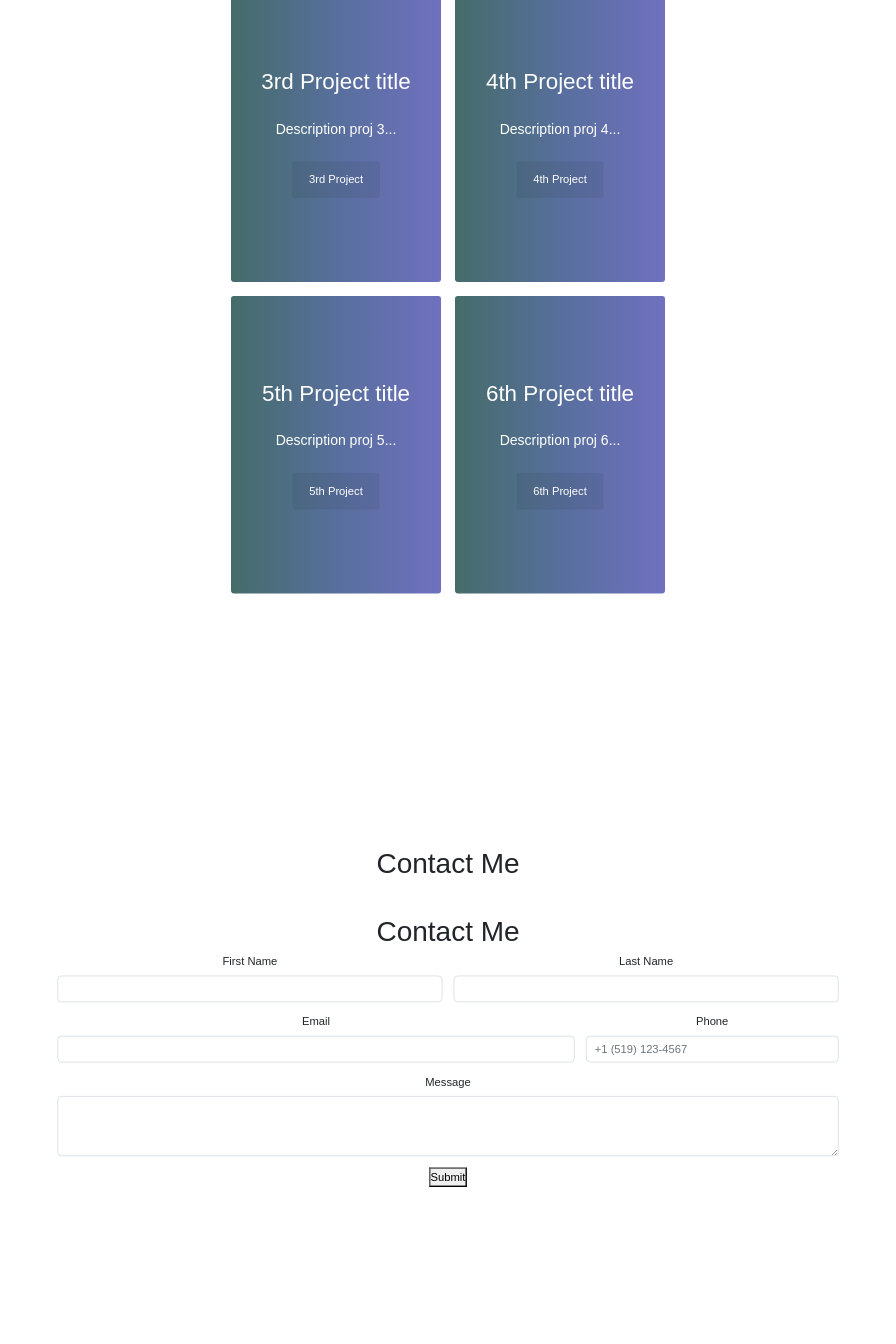
Repository: dvynchi/profile-2022
Page: index.html
An editor plug-in stored every save of this project. The page is shown before and after the next save, followed by the edit.
The browser window is 1280 px wide. The pictures show the part of the page from y = 1704 to 3624 px (the page is 3624 px tall before and 3544 px after), at 70% of full size.
A picture or video elsewhere on the page could not be fetched, so the positions and the page height are approximate. Some web libraries are served in a nearby version.

Above is the page before, as saved 2022-08-15 13:58:17.

After the next save:
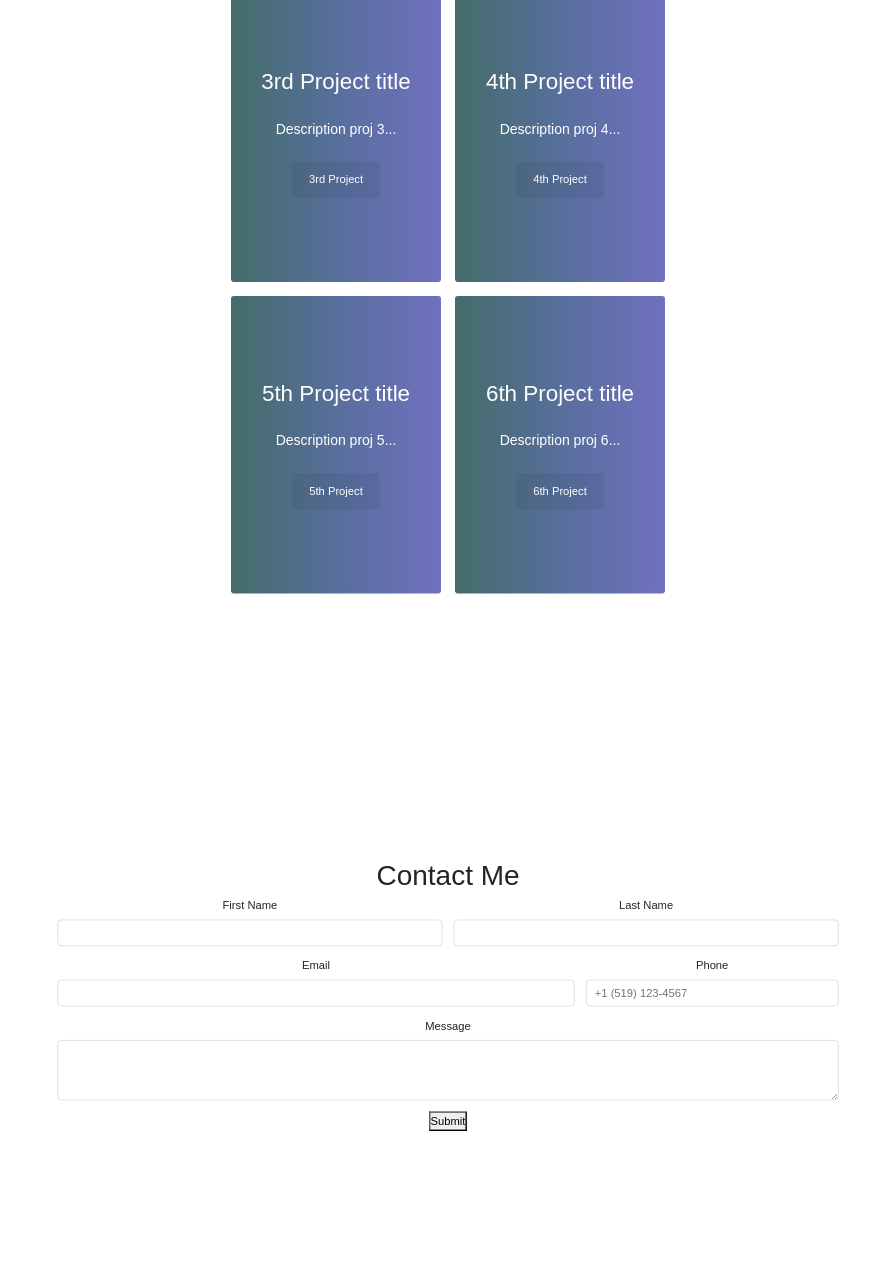
Saved 40 s later.
--- a/index.html
+++ b/index.html
@@ -161,7 +161,6 @@
     <div class="main" id="contact">
         <div class="main_container">
             <div class="main_content">
-                <h1>Contact Me</h1>
                 <div class="container mt-5">
                     <h1>Contact Me</h1>
                     <!-- ----------- start grid (divide one row into cols) ----------->
